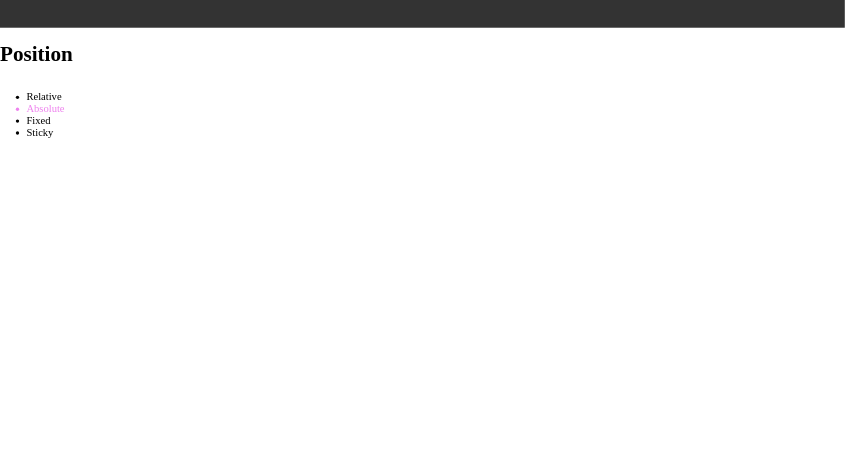
Repository: critdang/electro_store
Page: javascript_project/HTML &CSS practice/index.html
The author's editor kept a copy of each file at every save. The page is drawn from the files as they stood at one save, then again after the next save.
The browser window is 1280 px wide. The pictures show the whole page, at 66% of full size.

Above is the page before, as saved 2021-10-03 21:54:44.

### javascript_project/HTML &CSS practice/index.html
<!DOCTYPE html>
<html lang="en">
    <head>
        <meta charset="UTF-8">
        <meta http-equiv="X-UA-Compatible" content="IE=edge">
        <meta name="viewport" content="width=device-width, initial-scale=1.0">
        <title>Document</title>
        <style>
            html,body{
                margin:0
            }

            li:nth-of-type(2){
                color: violet;
            }
            .header{
                width: 100%;
                height: 42px;
                background-color: #333;
            }
            ul{
                height: 2000px;
                position: fixed;
            }
        </style>
    </head>
    <body>
        <div class="header">

        </div>
        <h1>Position</h1>
        <ul>
            <li>Relative</li>
            <!-- Phụ thuộc thẻ cha gần nhất có thuộc tính position -->
            <li>Absolute</li>
            <li>Fixed</li>
            <li>Sticky</li>
        </ul>

        </div>
    </body>
</html>

After the next save:
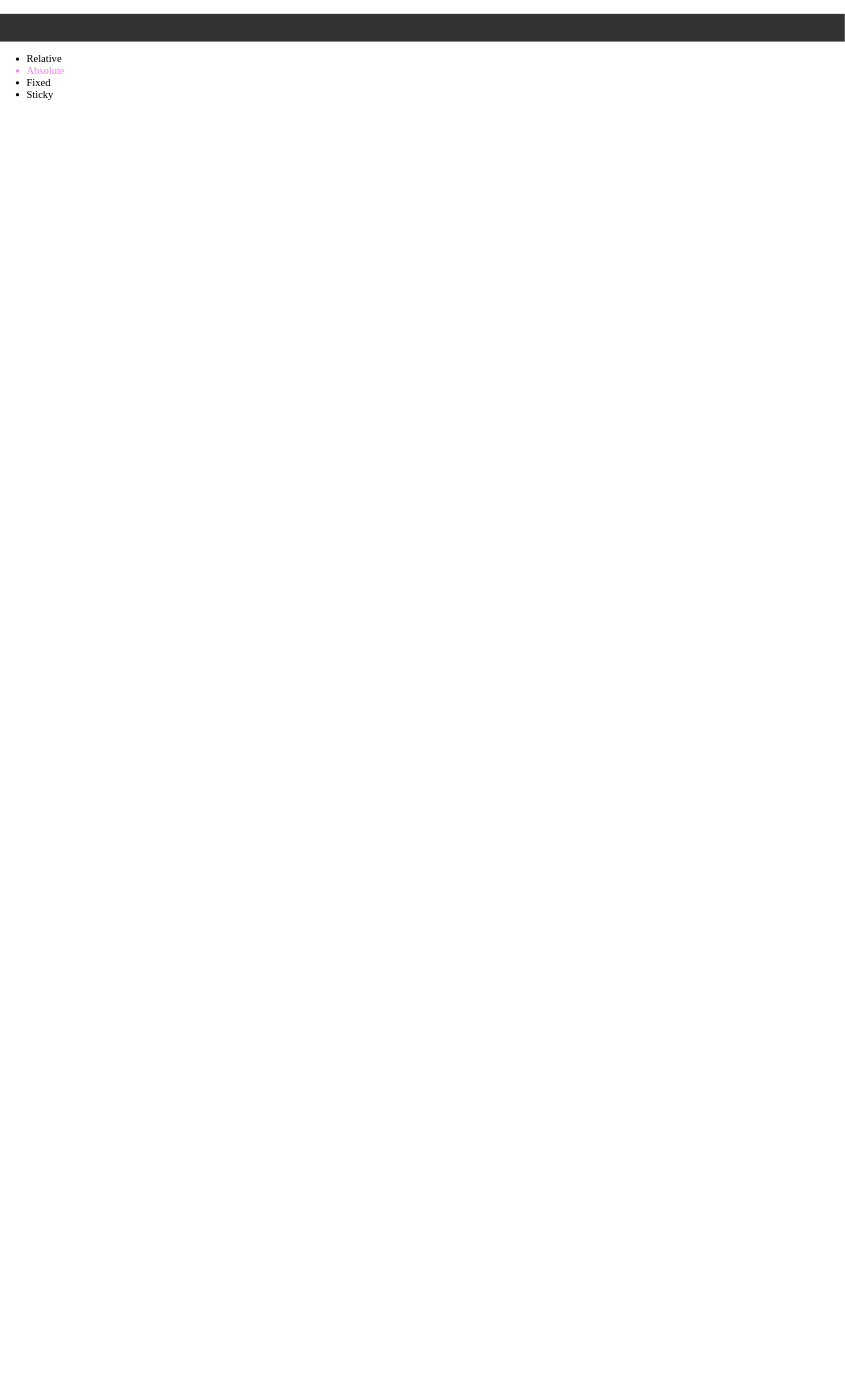
Saved 12 s later.
--- a/javascript_project/HTML &CSS practice/index.html
+++ b/javascript_project/HTML &CSS practice/index.html
@@ -17,10 +17,11 @@
                 width: 100%;
                 height: 42px;
                 background-color: #333;
+                position: fixed;
             }
             ul{
                 height: 2000px;
-                position: fixed;
+
             }
         </style>
     </head>
